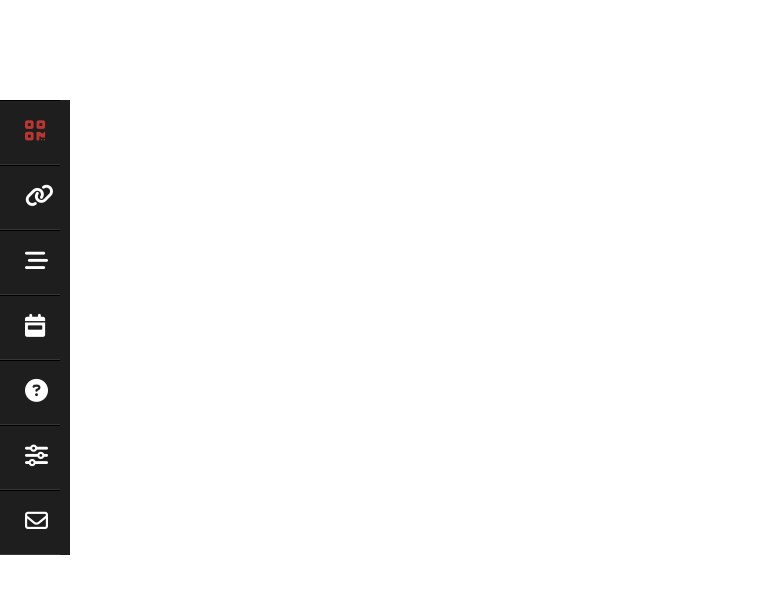
Repository: Alex-Serky/Dossier-Nav
Page: Nav-Responsive/index.html
These files come from the project's save history. The page is drawn as it stood at one moment and after the next save; the edit follows.
The browser window is 768 px wide. The pictures show the whole page.
Some web fonts or font styles are not loaded; a fallback is used. Some web libraries are served in a nearby version.

Above is the page before, as saved 2020-02-22 01:24:13.

### Nav-Responsive/index.html
<!DOCTYPE html>
<html lang="en">

<head>
    <meta charset="UTF-8">
    <meta name="viewport" content="width=device-width, initial-scale=1.0">
    <link rel="stylesheet" href="style.css">
    <script src="https://kit.fontawesome.com/a076d05399.js"></script>
    <title>Responsive Sidebar Menu</title>
</head>

<body>
    <input type="checkbox" id="check">
    <label for="check">
        <i class="fas fa-bars" id="btn"></i>
        <i class="fas fa-times" id="cancel"></i>
    </label>
    <div class="sidebar">
        <header>Mon Menu</header>
        <a class="active" href="#"><i class="fas fa-qrcode"></i>
            <span>Sommaire</span>
        </a>
        <a href="#"><i class="fas fa-link"></i><span>Raccourcies</span></a>
        <a href="#"><i class="fas fa-stream"></i><span>Aperçu</span></a>
        <a href="#"><i class="fas fa-calendar-week"></i><span>Evènements</span></a>
        <a href="#"><i class="fas fa-question-circle"></i><span>About</span></a>
        <a href="#"><i class="fas fa-sliders-h"></i>
            <span>Services</span>
        </a>
        <a href="#"><i class="far fa-envelope"></i><span>Contact</span></a>
    </div>
</body>

</html>

### Nav-Responsive/style.css
@import url('https: //fonts.googleapis.com/css?family=Montserrat:600|Roboto:400');

* {
    margin: 0;
    padding: 0;
    text-decoration: none;
}

.sidebar {
    position: fixed;
    left: -240px;
    width: 240px;
    height: 100%;
    background: #1e1e1e;
}

.sidebar header {
    color: white;
    font-size: 28px;
    line-height: 70px;
    text-align: center;
    user-select: none;
    background: #1b1b1b;
    font-family: 'Montserrat', sans-serif;
}

.sidebar a {
    display: block;
    color: white;
    height: 65px;
    width: 100%;
    line-height: 65px;
    padding-left: 30px;
    border-bottom: 1px solid rgba(255, 255, 255, .1);
    border-top: 1px solid black;
    border-left: 5px solid transparent;
    box-sizing: border-box;
    transition: all .5s ease;
    font-family: 'Open Sans', sans-serif;
}

a:hover,
a.active {
    border-left: 5px solid #b93632;
    color: #b93632;
}

.sidebar a i {
    font-size: 23px;
    margin-right: 16px;
}

.sidebar a span {
    letter-spacing: 1px;
    text-transform: uppercase;
}

#check {
    display: none;
}

label #btn,
label #cancel {
    position: absolute;
    cursor: pointer;
    background: #262626;
    height: 45px;
    width: 45px;
    text-align: center;
    line-height: 45px;
    color: white;
    font-size: 29px;
    margin: 15px 30px;
    border-radius: 5px;
    border: 1px solid #262626;
    transition: all .5s ease;
}

label #cancel {
    opacity: 0;
    visibility: hidden;
}

#check:checked~label #btn {
    margin-left: 245px;
    opacity: 0;
    visibility: hidden;
}

#check:checked~label #cancel {
    margin-left: 245px;
    opacity: 1;
    visibility: visible;
}

#check:checked~.sidebar {
    left: 0;
}

@media (max-width: 860px) {
    .sidebar {
        height: auto;
        width: 70px;
        left: 0;
        margin: 100px 0;
    }

    header,
    #btn,
    #cancel {
        display: none;
    }

    span {
        position: absolute;
        margin-left: 23px;
        opacity: 0;
        visibility: hidden;
    }

    .sidebar a {
        margin-left: -10px;
    }
}

After the next save:
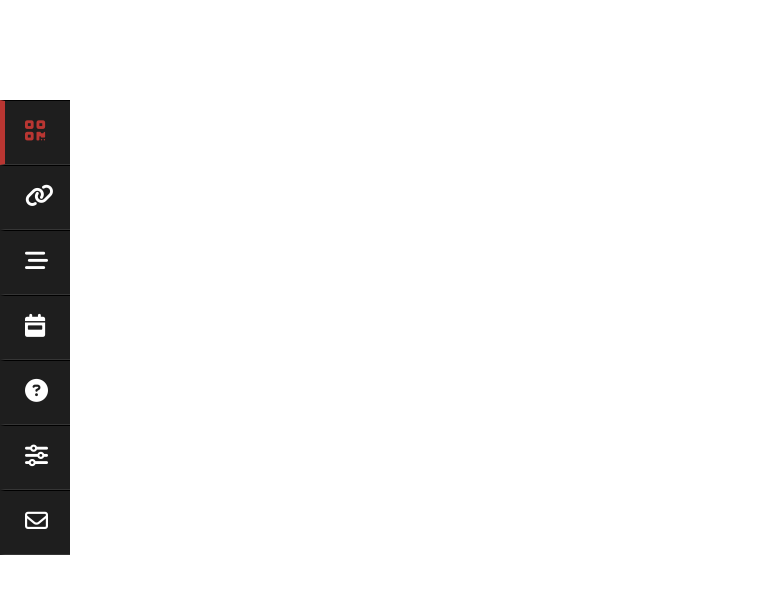
Saved 92 s later.
--- a/Nav-Responsive/style.css
+++ b/Nav-Responsive/style.css
@@ -118,7 +118,11 @@ label #cancel {
         visibility: hidden;
     }
 
-    .sidebar a {
+    .sidebar a i {
         margin-left: -10px;
     }
+
+    a:hover {
+        width: 200px;
+    }
 }
